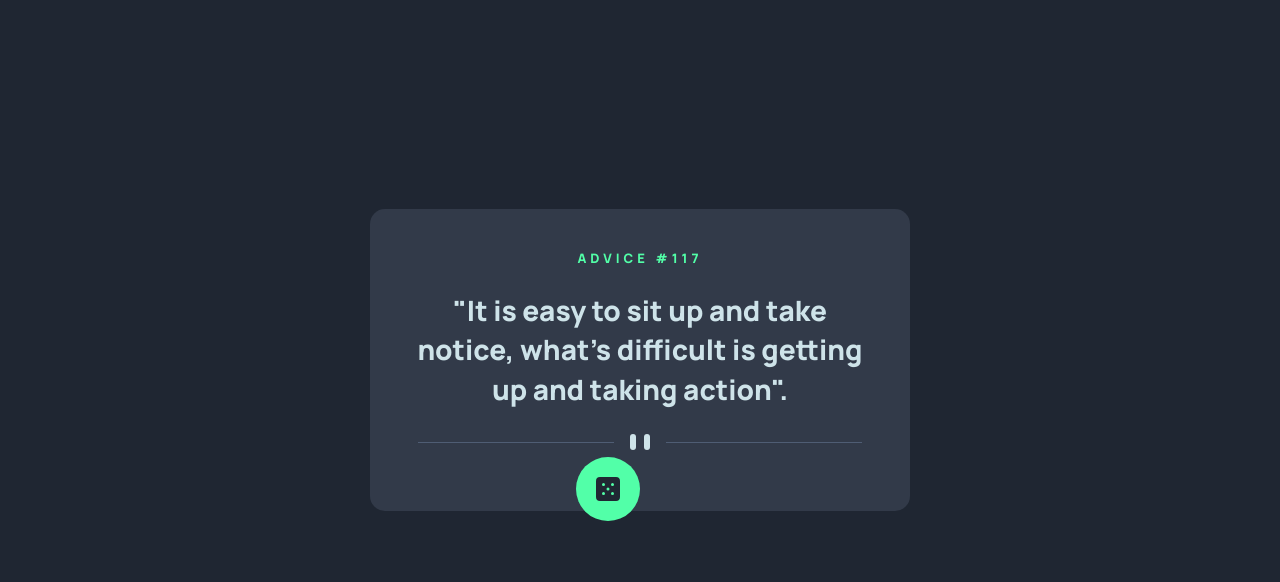
Repository: Daki-builds/advice-generator-app
Page: index.html
An editor plug-in stored every save of this project. The page is shown before and after the next save, followed by the edit.
The browser window is 1280 px wide. The pictures show the whole page.

Above is the page before, as saved 2026-10-08 19:40:54.

### index.html
<!DOCTYPE html>
<html lang="en">

<head>
  <meta charset="UTF-8">
  <meta name="viewport" content="width=device-width, initial-scale=1.0">
  <link rel="icon" type="image/png" sizes="32x32" href="./images/favicon-32x32.png">
  <link rel="preconnect" href="https://fonts.googleapis.com">
  <link rel="preconnect" href="https://fonts.gstatic.com" crossorigin>
  <link href="https://fonts.googleapis.com/css2?family=Manrope:wght@800&display=swap" rel="stylesheet">
  <link rel="stylesheet" href="style.css">
  <title>Frontend Mentor | Advice generator app</title>

</head>

<body>
  <main class="container">
    <h1>Advice #<span id="advice-id">117</span></h1>
    <p id="adviceText">"It is easy to sit up and take notice, what's difficult is getting up and taking action".</p>
    <div class="img-divider">
      <img src="./images/pattern-divider-desktop.svg" alt="divider">
    </div>
    <button id="adviceBtn"><img src="./images/icon-dice.svg" alt="dice">
    </button>
  </main>
</body>

</html>

### style.css
* {
  margin: 0;
  padding: 0;
  box-sizing: border-box;
}

:root {
  --blue-200: hsl(193, 38%, 86%);
  --green-300: hsl(150, 100%, 66%);
  --blue-600: hsl(217, 19%, 38%);
  --blue-900: hsl(217, 19%, 24%);
  --blue-950: hsl(218, 23%, 16%);

  --font-family: "Manrope", sans-serif;
  --font-weight: 800;
  --font-size: 28px;
}

body {
  font-family: var(--font-family);
  font-weight: var(--font-weight);
  background-color: var(--blue-950);
  color: var(--blue-200);
  display: flex;
  justify-content: center;
  padding: 24px;
  align-items: center;
  min-height: 100vh;
}

.container {
  position: relative;
  background-color: var(--blue-900);
  display: flex;
  flex-direction: column;
  align-items: center;
  gap: 24px;
  padding: 40px 24px 56px;
  width: 100%;
  max-width: 540px;
  border-radius: 15px;
  text-align: center;
}

h1 {
  font-size: 13px;
  letter-spacing: 4px;
  text-transform: uppercase;
  color: var(--green-300);
}

p {
  font-size: var(--font-size);
  line-height: 1.4;
  width: 96%;
  color: var(--blue-200);
}

.img-divider img {
  width: 100%;
}

button {
  position: absolute;
  bottom: -10px;
  /* left: 50%; */
  transform: translateX(-50%);

  display: flex;
  justify-content: center;
  align-items: center;

  width: 64px;
  height: 64px;
  border: none;
  border-radius: 50%;
  background-color: var(--green-300);
  cursor: pointer;
  transition: box-shadow 0.2s;
}

button:hover,
button:focus-visible {
  box-shadow: 0 0 30px var(--green-300);
}

button:disabled {
  opacity: 0.6;
  cursor: not-allowed;
}

After the next save:
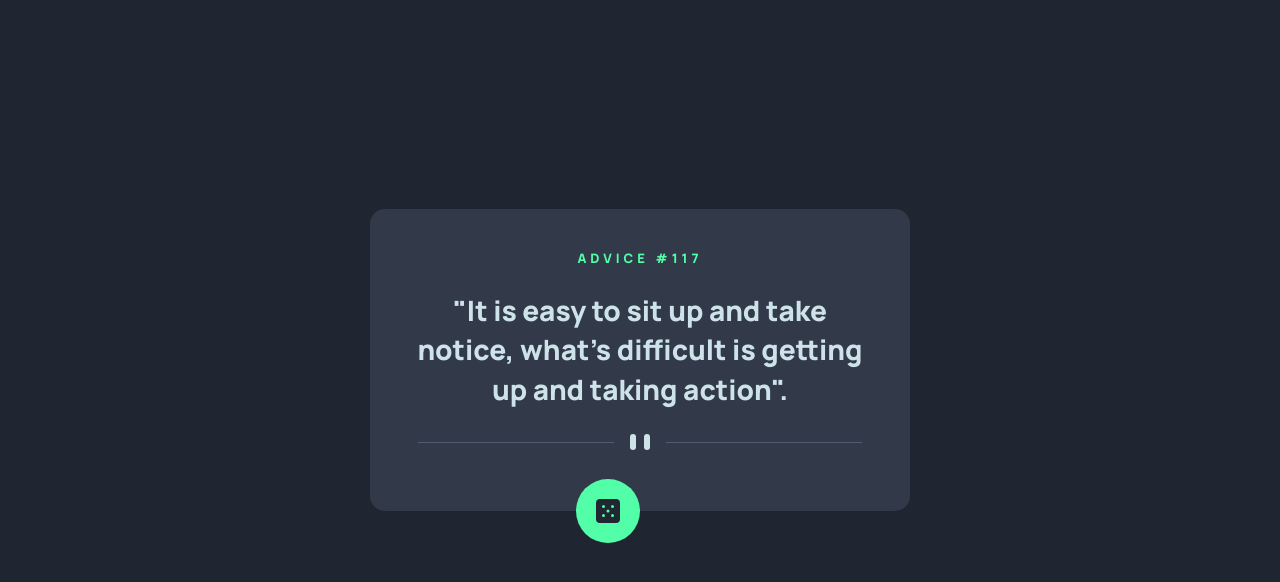
Saved 15 s later.
--- a/style.css
+++ b/style.css
@@ -62,7 +62,7 @@ p {
 
 button {
   position: absolute;
-  bottom: -10px;
+  bottom: -32px;
   /* left: 50%; */
   transform: translateX(-50%);
 
